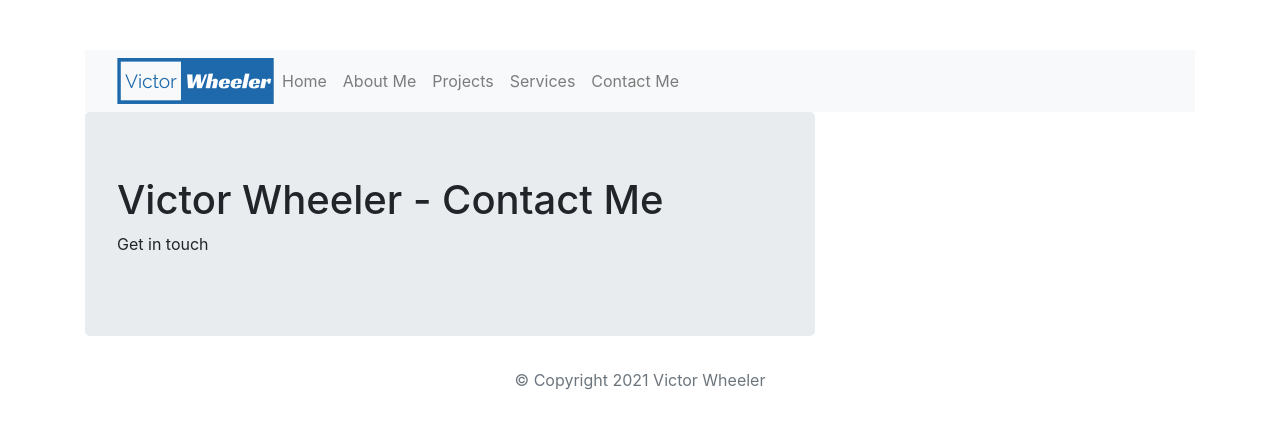
Repository: VictorWheeler/COMP_229_301167760
Page: http://localhost/contact
An editor plug-in stored every save of this project. The page is shown before and after the next save, followed by the edit.
The browser window is 1280 px wide. The pictures show the whole page.
The page is served by the project's Node server (server.js).

Above is the page before, as saved 2021-09-30 10:16:19.

### Express-Portfolio-Site/views/pages/contact.ejs
<!DOCTYPE html>
<html lang="en">
<head>
  <%- include('../partials/head'); %>
</head>
<body class="container">

<header>
  <%- include('../partials/header'); %>
</header>

<main>
<div class="row">
  <div class="col-sm-8">
    <div class="jumbotron">
      <h1>Victor Wheeler - Contact Me</h1>
      <p>Get in touch</p>
    </div>
  </div>


</div>
</main>

<footer>
  <%- include('../partials/footer'); %>
</footer>

</body>
</html>

### Express-Portfolio-Site/views/partials/head.ejs
<meta charset="UTF-8">
<title>Victor Wheeler</title>

<!-- CSS (load bootstrap from a CDN) -->
<link rel="stylesheet" href="https://cdnjs.cloudflare.com/ajax/libs/twitter-bootstrap/4.5.2/css/bootstrap.min.css">
<style>
  body { padding-top:50px; }
</style>

### Express-Portfolio-Site/views/partials/header.ejs
<nav class="navbar navbar-expand-lg navbar-light bg-light">
  <a class="navbar-brand"></a><img class="logo" src="/images/vw_logo.png" width="157" height="46" alt="why">
   <ul class="navbar-nav mr-auto">
    <li class="nav-item">
      <a class="nav-link" href="/">Home</a>
    </li>
    <li class="nav-item">
      <a class="nav-link" href="/about">About Me</a>
    </li>
    <li class="nav-item">
      <a class="nav-link" href="/projects">Projects</a>
    </li>
    <li class="nav-item">
      <a class="nav-link" href="/services">Services</a>
    </li>
    <li class="nav-item">
      <a class="nav-link" href="/contact">Contact Me</a>
    </li>
  </ul>
</nav>

### Express-Portfolio-Site/views/partials/footer.ejs
<p class="text-center text-muted">&copy; Copyright 2021 Victor Wheeler</p>

### Express-Portfolio-Site/server.js
var express = require('express');
var app = express();
var root = require('path').join(__dirname,'/public');


// set the view engine to ejs
app.set('view engine', 'ejs');

//set public folder as static
app.use(express.static(root));

// use res.render to load up an ejs view file

// Home page page
app.get('/', function(req, res) {
  res.render('pages/index');
});

// About Me page
app.get('/about', function(req, res) {
  res.render('pages/about');
});

// Projects page
app.get('/projects', function(req, res) {
    res.render('pages/projects');
  });

  // Services page
app.get('/services', function(req, res) {
    res.render('pages/services');
  });

  // Contact Me page
app.get('/contact', function(req, res) {
    res.render('pages/contact');
  });

app.listen(3000);
console.log('Server is listening on port 3000');

After the next save:
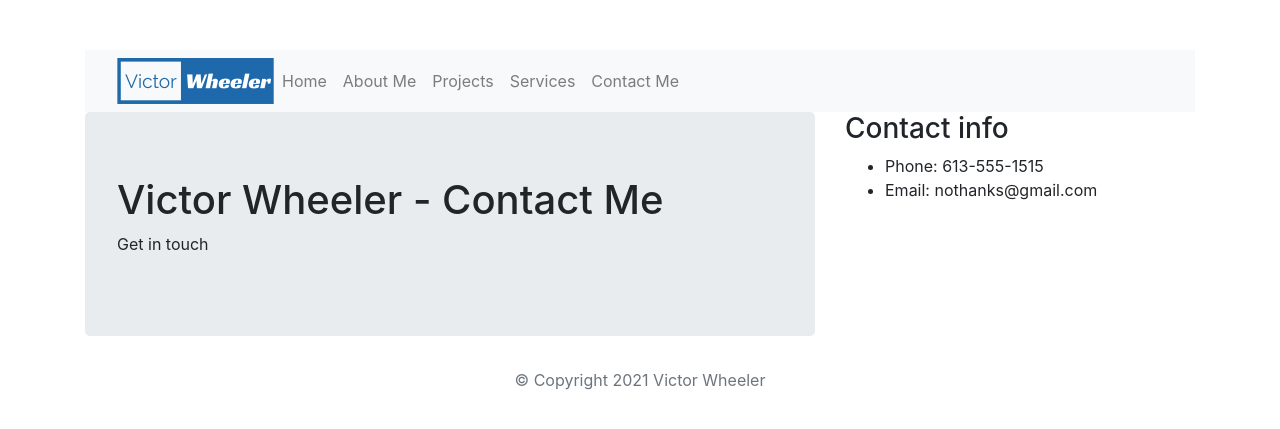
Saved 112 s later.
--- a/Express-Portfolio-Site/views/pages/contact.ejs
+++ b/Express-Portfolio-Site/views/pages/contact.ejs
@@ -18,7 +18,15 @@
     </div>
   </div>
 
-
+  <div class="col-sm-4">
+    <div class="well">
+      <h3>Contact info</h3>
+      <ul>
+      <li>Phone: 613-555-1515</li>
+      <li>Email: nothanks@gmail.com</li>
+      </ul>
+    </div>
+  </div>
 </div>
 </main>
 
